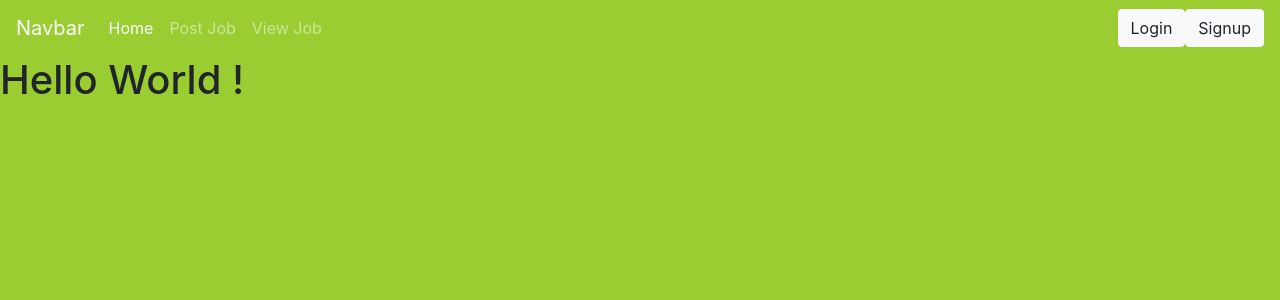
Repository: Pankaj08072001/Adv_Java
Page: http://localhost/06_Job_portal_Project/
The author's editor kept a copy of each file at every save. The page is drawn from the files as they stood at one save, then again after the next save.
The browser window is 1280 px wide. The pictures show the whole page.
Some web libraries are served in a nearby version. The page is served by Tomcat 9. Other server files are loaded and not shown.

Above is the page before, as saved 2025-03-13 18:41:46.

### 06_Job_portal_Project/src/main/webapp/index.jsp
<%@ page language="java" contentType="text/html; charset=UTF-8"
    pageEncoding="UTF-8"%>
<!DOCTYPE html>
<html>
<head>
<meta charset="UTF-8">
<title>Insert title here</title>
<%@include file ="All_component/All_css.jsp" %>
</head>
<body>
<%@include file ="All_component/Navbar.jsp" %>

<h1>Hello World !</h1>
</body>
</html>

### 06_Job_portal_Project/src/main/webapp/All_component/All_css.jsp
<link rel="stylesheet"
	href="https://cdn.jsdelivr.net/npm/bootstrap@4.0.0/dist/css/bootstrap.min.css"
	integrity="sha384-Gn5384xqQ1aoWXA+058RXPxPg6fy4IWvTNh0E263XmFcJlSAwiGgFAW/dAiS6JXm"
	crossorigin="anonymous">


<script src="https://code.jquery.com/jquery-3.2.1.slim.min.js"
	integrity="sha384-KJ3o2DKtIkvYIK3UENzmM7KCkRr/rE9/Qpg6aAZGJwFDMVNA/GpGFF93hXpG5KkN"
	crossorigin="anonymous"></script>
<script
	src="https://cdn.jsdelivr.net/npm/popper.js@1.12.9/dist/umd/popper.min.js"
	integrity="sha384-ApNbgh9B+Y1QKtv3Rn7W3mgPxhU9K/ScQsAP7hUibX39j7fakFPskvXusvfa0b4Q"
	crossorigin="anonymous"></script>
<script
	src="https://cdn.jsdelivr.net/npm/bootstrap@4.0.0/dist/js/bootstrap.min.js"
	integrity="sha384-JZR6Spejh4U02d8jOt6vLEHfe/JQGiRRSQQxSfFWpi1MquVdAyjUar5+76PVCmYl"
	crossorigin="anonymous"></script>

<link rel="stylesheet"
	href="https://cdnjs.cloudflare.com/ajax/libs/font-awesome/6.7.2/css/all.min.css"
	integrity="sha512-Evv84Mr4kqVGRNSgIGL/F/aIDqQb7xQ2vcrdIwxfjThSH8CSR7PBEakCr51Ck+w+/U6swU2Im1vVX0SVk9ABhg=="
	crossorigin="anonymous" referrerpolicy="no-referrer" />

	<link rel="Stylesheet" href ="All_component/Style.css" >

### 06_Job_portal_Project/src/main/webapp/All_component/Navbar.jsp
<nav class="navbar navbar-expand-lg navbar-dark bg-custom">
	<a class="navbar-brand" href="#">Navbar</a>
	<button class="navbar-toggler" type="button" data-toggle="collapse"
		data-target="#navbarSupportedContent"
		aria-controls="navbarSupportedContent" aria-expanded="false"
		aria-label="Toggle navigation">
		<span class="navbar-toggler-icon"></span>
	</button>

	<div class="collapse navbar-collapse" id="navbarSupportedContent">
		<ul class="navbar-nav mr-auto">
			<li class="nav-item active"><a class="nav-link" href="#">Home
					<span class="sr-only">(current)</span>
			</a></li>
			<li class="nav-item"><a class="nav-link" href="#">Post Job</a></li>
			<li class="nav-item"><a class="nav-link" href="#">View Job</a></li>

		</ul>
		<form class="form-inline my-2 my-lg-0">
			<a href="#" class="btn btn-light">Login</a>
			<a href ="#" class="btn btn-light">Signup</a>
		</form>
	</div>
</nav>

### 06_Job_portal_Project/src/main/webapp/All_component/Style.css
body {
	background-color: yellowgreen;
}

After the next save:
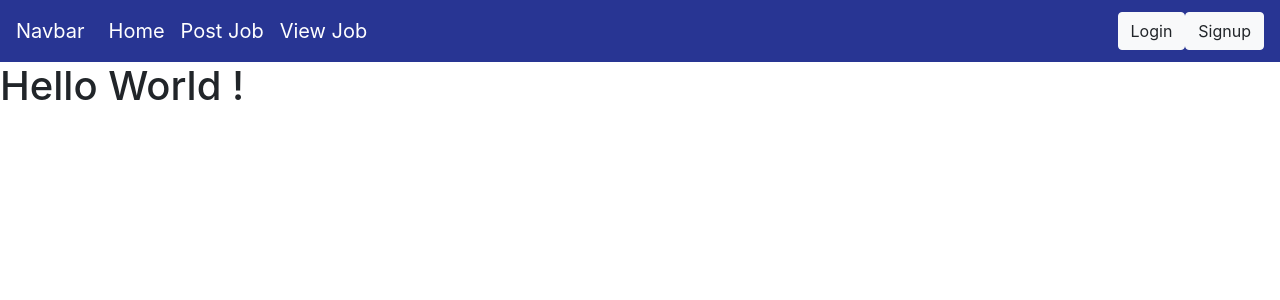
Saved 4 min 3 s later.
--- a/06_Job_portal_Project/src/main/webapp/All_component/Style.css
+++ b/06_Job_portal_Project/src/main/webapp/All_component/Style.css
@@ -1,3 +1,13 @@
-body {
-	background-color: yellowgreen;
+.bg-custom{
+	background : #283593 !important;
+
 }
+.navbar .nav-item .nav-link{
+	font-size: 20px;
+	color : white;
+}
+.navbar-custom .navitem:hover .nav-link{
+	background : white ;
+	color : black;
+	border-radius: 10px;
+}
